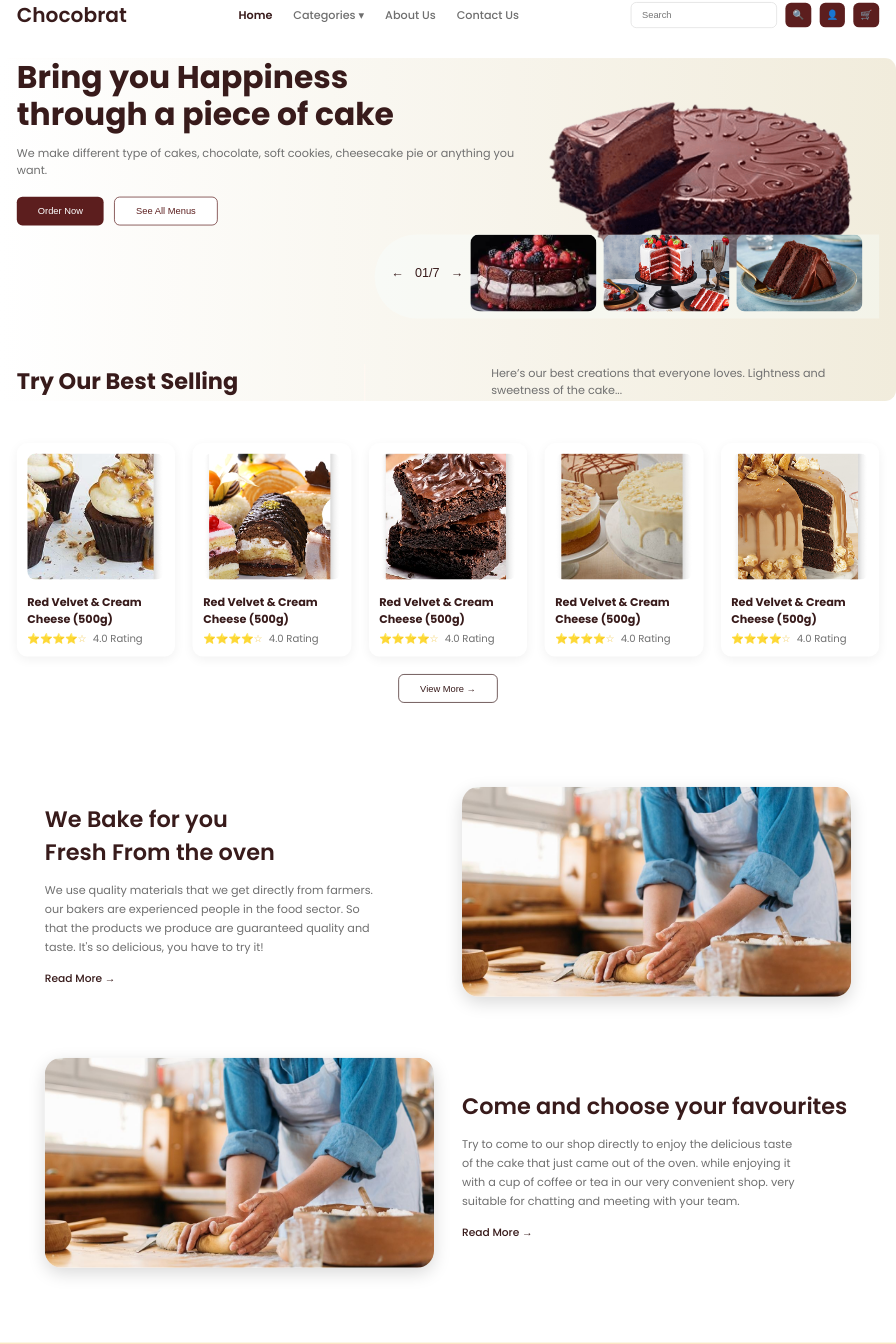
Repository: josegabrielzevallos/chocobrat-bakery-website
Page: index.html
The author's editor kept a copy of each file at every save. The page is drawn from the files as they stood at one save, then again after the next save.
The browser window is 1280 px wide. The pictures show the part of the page from y = 0 to 1920 px (the page is 3087 px tall), at 70% of full size.

Above is the page before, as saved 2025-11-20 19:09:12.

### index.html
<!DOCTYPE html>
<html lang="en">
<head>
    <meta charset="UTF-8" />
    <meta name="viewport" content="width=device-width, initial-scale=1.0" />
    <title>Chocobrat Bakery</title>

    <link href="https://fonts.googleapis.com/css2?family=Poppins:wght@300;400;500;600;700&family=Playfair+Display:wght@400;600;700;800;900&display=swap" rel="stylesheet">

    <link rel="stylesheet" href="styles.css" />
</head>
<body>

    <!-- NAVBAR -->
    <header>
        <nav class="navbar container">
            <h1 class="logo">Chocobrat</h1>

            <ul class="nav-links">
                <li><a class="active" href="#">Home</a></li>
                <li class="dropdown">
                    <a href="#">Categories ▾</a>
                </li>
                <li><a href="#">About Us</a></li>
                <li><a href="#">Contact Us</a></li>
            </ul>

            <div class="nav-actions">
                <input type="text" placeholder="Search" class="search-box" />
                <button class="icon-btn">🔍</button>
                 <button class="icon-btn">👤</button>
                <button class="icon-btn">🛒</button>

            </div>
        </nav>
    </header>

    <!-- HERO SECTION -->
    <section class="hero container">
        <div>
        <div class="hero-text">
            <div class="hero-img">
                <img src="./assets/images/b1-cake.png" alt="Cake">
            </div>
            <div class="carousel container">
                <div class="slider-controls">
                    <span class="arrow" id="prev">&larr;</span>
                    <span class="slide-text">01/7</span>
                    <span class="arrow" id="next">&rarr;</span>
                </div>
                <img src="assets/images/b2-cake.jpeg" class="thumb" />
                <img src="assets/images/b3-cake-red.png" class="thumb" />
                <img src="assets/images/b4-cake.jpg" class="thumb" />

            </div>
                <h2>Bring you Happiness <br> through a piece of cake</h2>
                <p>We make different type of cakes, chocolate, soft cookies, cheesecake pie or anything you want.</p>

                <div class="hero-buttons">
                    <button class="btn primary">Order Now</button>
                    <button class="btn secondary">See All Menus</button>
                </div>
            </div>


        </div>
        <div class="hero-ba" >
            <!-- CAROUSEL STATIC -->


            <div class="title-row">
                <h2>Try Our Best Selling</h2>
                <div class="divider"></div>
                <p>Here’s our best creations that everyone loves. Lightness and sweetness of the cake...</p>
            </div>
        </div>
    </section>



    <!-- BEST SELLING SECTION -->
    <section class="best-selling container">


        <div class="product-grid">

            <!-- CARD 1 -->
            <article class="card">
                <img src="assets/images/b5-cakes.png" alt="">
                <h3>Red Velvet & Cream Cheese (500g)</h3>
                <div class="rating">
                    ⭐⭐⭐⭐☆ <span>4.0 Rating</span>
                </div>
            </article>

            <!-- CARD 2 -->
            <article class="card">
                <img src="assets/images/b6-cakes.png" alt="">
                <h3>Red Velvet & Cream Cheese (500g)</h3>
                <div class="rating">
                    ⭐⭐⭐⭐☆ <span>4.0 Rating</span>
                </div>
            </article>

            <!-- CARD 3 -->
            <article class="card">
                <img src="assets/images/b7-cakes.png" alt="">
                <h3>Red Velvet & Cream Cheese (500g)</h3>
                <div class="rating">
                    ⭐⭐⭐⭐☆ <span>4.0 Rating</span>
                </div>
            </article>

            <!-- CARD 4 -->
            <article class="card">
                <img src="assets/images/b8-cakes.png" alt="">
                <h3>Red Velvet & Cream Cheese (500g)</h3>
                <div class="rating">
                    ⭐⭐⭐⭐☆ <span>4.0 Rating</span>
                </div>
            </article>
              <!-- CARD 5 -->
            <article class="card">
                <img src="assets/images/b9-cakes.png" alt="">
                <h3>Red Velvet & Cream Cheese (500g)</h3>
                <div class="rating">
                    ⭐⭐⭐⭐☆ <span>4.0 Rating</span>
                </div>
            </article>
        </div>

        <center>
            <button class="btn view-more">View More →</button>
        </center>
    </section>

        <!-- STORY / ABOUT BAKERY SECTION -->
    <section class="story container">
        <article class="story-card">

            <div class="story-text">
                <h2>We Bake for you<br>Fresh From the oven</h2>
                <p>
                    We use quality materials that we get directly from farmers.
                    <br>our bakers are experienced people in the food sector. So
                    <br>that the products we produce are guaranteed quality and
                    <br>taste. It's so delicious, you have to try it!
                </p>
                <a href="#" class="story-link">Read More →</a>
            </div>
            <div class="story-img">
                <img src="./assets/images/b9-women.jpeg" alt="Baker preparing pastry">
            </div>

        </article>


        <article class="story-card">

            <div class="story-img">
                <img src="./assets/images/b9-women.jpeg" alt="Baker rolling dough">
            </div>

            <div class="story-text">
                <h2>Come and choose your favourites</h2>
                <p>
                    Try to come to our shop directly to enjoy the delicious taste
                    <br>of the cake that just came out of the oven. while enjoying it
                    <br>with a cup of coffee or tea in our very convenient shop. very
                    <br>suitable for chatting and meeting with your team.
                </p>
                <a href="#" class="story-link">Read More →</a>
            </div>

        </article>

    </section>

    <!-- CAKE ORDER BANNER -->
    <section class="order-banner">
        <div class="order-banner-inner">
            <h2>For Cake Orders above 1 KG</h2>
            <p>
                Please visit our nearest store or call us on +91 00 00 00 00 00 (10 AM to 7 PM)
            <br>
                to place your orders.
            </p>
            <button class="btn primary order-btn">Contact Us Now</button>
        </div>
    </section>

    <!-- QUOTES SECTION -->
    <section class="quotes-section">
        <div class="container quotes-inner">
            <span class="quotes-label">QUOTES</span>

            <p class="quote-text">
                the eggless cakes here are really good. Had ordered a kit kat cake which was
                really good. Surely worth a try.
            </p>

            <div class="quote-author">
                <div class="quote-avatar">
                    <img src="./assets/images/b10-man.jpeg" alt="Darren Dunlap">
                </div>
                <h3>Darren Dunlap</h3>
                <p class="quote-role">CEO &amp; Founder at Flex.co</p>

                <div class="quote-dots">
                    <span class="quote-dot"></span>
                    <span class="quote-dot active"></span>
                    <span class="quote-dot"></span>
                </div>
            </div>
        </div>
    </section>
    <!-- FOOTER -->
    <footer class="site-footer">
        <div class="footer-top container">
            <div class="footer-logo">Chocobrat</div>

            <ul class="footer-nav">
                <li><a href="#">Home</a></li>
                <li><a href="#">Categories</a></li>
                <li><a href="#">About Us</a></li>
                <li><a href="#">Contact Us</a></li>
                <li><a href="#">Careers</a></li>
                <li><a href="#">Help</a></li>
                <li><a href="#">Privacy</a></li>
            </ul>
        </div>

        <hr class="footer-divider">

        <div class="footer-bottom container">
            <p class="footer-copy">© 2021 Chocobrat. All rights reserved.</p>

            <div class="footer-social">
                <a href="#"><img src="./assets/icons/ic-facebook.png"  alt="Facebook"></a>
                <a href="#"><img src="./assets/icons/ic-twitter.png"   alt="Twitter"></a>
                <a href="#"><img src="./assets/icons/ic-instagram.png" alt="Instagram"></a>
                <a href="#"><img src="./assets/icons/ic-github.png"    alt="GitHub"></a>
                <a href="#"><img src="./assets/icons/ic-linkedin.png"  alt="LinkedIn"></a>
            </div>
        </div>
    </footer>
</body>
</html>

### styles.css
/* ===== RESET ===== */
* {
    margin: 0;
    padding: 0;
    box-sizing: border-box;
}

body {
    font-family: "Poppins", sans-serif;
    background-color: #ffffff;
    background-color: #FFF;
    color: #381B1B;
}

.container {
    max-width: 1478px;
    margin: 0 auto;        /* centra TODAS las secciones */
    padding: 0 24px;        /* padding uniforme sin empujar a la izquierda */
}


/* ===== NAVBAR ===== */
header {
    background: #FFF;
    padding: 0px 0;
}

.navbar {
    display: flex;
    align-items: center;
    justify-content: space-between;
}

.logo {
    font-size: 1.8rem;
    font-weight: 600;
}

.nav-links {
    display: flex;
    list-style: none;
    gap: 30px;
}

.nav-links a {
    text-decoration: none;
    color: #6F6F6F;
    font-weight: 500;
}

.nav-links .active {
    color: #381B1B;
    font-weight: 600;
}

.nav-actions {
    display: flex;
    align-items: center;
    gap: 12px;
}

.search-box {
    padding: 10px 15px;
    border-radius: 8px;
    border: 1px solid #ddd;
}

.icon-btn {
    background: #5C1E1E;
    color: #fff;
    padding: 10px;
    border-radius: 8px;
    border: none;
}

/* ===== HERO ===== */
.hero {
    /* display: flex; */
    display: block;
    align-items: center;
    justify-content: space-between;
    background: linear-gradient(to right, white, #f1ecdc);

    margin-top: 40px;
    background-color: #FFF8F2;
    border-radius: 16px;
}

.hero-text {
    max-width: 100%;
}
.hero-back{
    /* float: right; */
    margin-top: 200px;
    margin-right: 50px;
}

.hero-text h2 {
    font-size: 2.8rem;
    line-height: 1.2;
    margin-bottom: 15px;
}

.hero-text p {
    font-size: 1rem;
    color: #6F6F6F;
    margin-bottom: 25px;
}

.hero-buttons {
    display: flex;
    gap: 15px;
}

.btn {
    padding: 12px 30px;
    font-weight: 500;
    border-radius: 8px;
    border: none;
    cursor: pointer;
}

.primary {
    background: #5C1E1E;
    color: white;
}

.secondary {
    background: white;
    border: 1px solid #5C1E1E;
    color: #5C1E1E;
}

.hero-img img {
    width: 480px;
    border-radius: 12px;
    float: right;
}

/* ===== CAROUSEL ===== */
.carousel {
    margin-top: -125px;
    display: flex;
    gap: 10px;
    clear: both;
    overflow-x: hidden;
    padding-bottom: 10px;
    float:right;
    background: #f6ffff59;
    border-top-left-radius: 64px;
    border-bottom-left-radius: 64px;

}

.slider-controls {
      display: flex;
      align-items: center;
      gap: 16px;           /* espacio entre flecha y texto */
      font-family: Arial, sans-serif;
      font-size: 18px;
    }

.divider {
  width: 1.5px;
  height: 53px; /* Ajusta el largo de la línea */
  background-color: #000000; /* Color suave como en tu imagen */
    background-color: #FFF8F2;
    border-radius: 16px;
}

.thumb {
    width: 180px;
    height: 110px;
    border-radius: 12px;
    object-fit: cover;
}

/* ===== BEST SELLING ===== */
.best-selling {
    margin-top: 60px;
}

.title-row {
    display: flex;
    justify-content: space-between;
    margin-bottom: 30px;
    clear: both;
    padding-top: 60px;
}

.title-row h2 {
    font-size: 2rem;
    color: #381B1B;
}

.title-row p {
    max-width: 45%;
    color: #6F6F6F;
}

/* ===== PRODUCT GRID ===== */
.product-grid {
    display: grid;
    grid-template-columns: repeat(5, 1fr);
    gap: 25px;
    margin-top: 30px;
}

.card {
    background: #fff;
    padding: 15px;
    border-radius: 15px;
    box-shadow: 0 4px 15px rgba(0,0,0,0.06);
}

.card img {
    width: 100%;
    height: 180px;
    border-radius: 12px;
    object-fit: cover;
}

.card h3 {
    margin: 12px 0 5px;
    font-size: 1rem;
}

.rating {
    color: #F2C94C;
    font-size: 0.9rem;
}

.rating span {
    color: #6F6F6F;
    margin-left: 5px;
}

.view-more {
    margin-top: 25px;
    background: white;
    border: 1px solid #381B1B;
    color: #381B1B;
}

/* ===== STORY / ABOUT BAKERY SECTION ===== */
.story {
    margin-top: 80px;
    display: flex;
    flex-direction: column;
    gap: 6  0px;
}

.story-card {
    display: flex;
    align-items: center;
    justify-content: space-between;   /* nuevo */
    gap: 40px;
    padding: 40px;
}

.story-card-reverse {
    flex-direction: row-reverse;
}

.story-text {
    flex: 1;        /* 50% del espacio */
}

.story-text h3 {
    font-size: 1rem;
    font-weight: 500;
    color: #A35A4A;
    margin-bottom: 4px;
}

.story-text h2 {
    font-size: 2rem;
    font-weight: 600;
    margin-bottom: 16px;
    color: #381B1B;
}

.story-text p {
    color: #6F6F6F;
    line-height: 1.7;
    margin-bottom: 18px;
}

.story-link {
    text-decoration: none;
    font-weight: 500;
    color: #381B1B;
    font-size: 0.95rem;
}

.story-img {
    flex: 1;        /* 50% del espacio */
}

.story-img img {
    width: 100%;
    height: 100%;
    max-height: 300px;     /* evita que se extienda demasiado */
    object-fit: cover;
    border-radius: 24px;
    box-shadow: 0 8px 25px rgba(0, 0, 0, 0.15);
}

/* ===== ORDER BANNER ===== */
.order-banner {
    background-color: #FBE8C4;   /* banda beige */
    padding: 60px 20px;
    margin-top: 60px;
    max-width: 1478px;   /* IGUAL que el container */
    margin-left: auto;
    margin-right: auto;
}

.order-banner-inner {
    max-width:  1478px;
    margin: 0 auto;
    text-align: center;
}

.order-banner h2 {
    font-size: 2rem;
    font-weight: 600;
    color: #5C1E1E;             /* marrón del botón/nav */
    margin-bottom: 16px;
}

.order-banner p {
    color: #0f0101;
    line-height: 1.6;
    margin-bottom: 24px;
}

.order-btn {
    /* ya hereda .btn y .primary, solo ajustamos un poco el tamaño */
    padding: 10px 28px;
    border-radius: 8px;
}

/* ===== QUOTES / TESTIMONIAL SECTION ===== */
.quotes-section {
    position: relative;
    padding: 80px 20px 100px;
    background-color: #FFFFFF;
    /* Dimensiones igual que el container */
    max-width: 1478px;
    margin-left: auto;
    margin-right: auto;

    /* cuadrícula punteada */
    background-image:
        repeating-linear-gradient(
            to right,
            rgba(0,0,0,0.08) 0px,
            rgba(0,0,0,0.08) 1px,
            transparent 1px,
            transparent 70px
        ),
        repeating-linear-gradient(
            to bottom,
            rgba(0,0,0,0.08) 0px,
            rgba(0,0,0,0.08) 1px,
            transparent 1px,
            transparent 70px
        );

    background-size: 19.5px 19.5px;
}

.quotes-inner {
    text-align: center;
}

.quotes-label {
    display: inline-block;
    padding: 6px 14px;
    font-size: 0.75rem;
    letter-spacing: 0.08em;
    text-transform: uppercase;
    border-radius: 999px;
    background-color: #FBE8C4;
    color: #5C1E1E;
    font-weight: 500;
}

/* COMILLAS GRANDES DE FONDO */
.quote-text {
    position: relative;
    max-width: 780px;
    margin: 30px auto 40px;
    font-size: 1.8rem;
    line-height: 1.5;
    font-weight: 600;
    color: #381B1B;
    z-index: 2;
}

.quote-text::before,
.quote-text::after {
    font-family: 'Playfair Display', serif;
    position: absolute;
    font-size: 150px;
    font-weight: 950;
    pointer-events: none;
    z-index: 0;

    /* degradado real */
    background: linear-gradient(
        to bottom,
        #e7cda4 0%,
        #eacfa3 45%,
        rgba(255,255,255,0.8) 80%,
        rgba(255,255,255,1) 100%
    );
    -webkit-background-clip: text;
    color: transparent;

    opacity: 0.9;  /* alta para que se note la panza blanca */
}


.quote-text::before {
    content: "“";
    left: -40px;
    top: -75px;
}

.quote-text::after {
    content: "”";
    right: -55px;
    bottom: -75px;
}


.quote-author {
    display: flex;
    flex-direction: column;
    align-items: center;
    gap: 6px;
}

.quote-avatar img {
    width: 80px;
    height: 80px;
    border-radius: 50%;
    object-fit: cover;
    /*box-shadow: 0 8px 25px rgba(0, 0, 0, 0.15);*/
}

.quote-author h3 {
    margin-top: 10px;
    font-size: 1rem;
    font-weight: 600;
    color: #381B1B;
}

.quote-role {
    font-size: 0.85rem;
    color: #6F6F6F;
}

/* tres puntitos inferiores */
.quote-dots {
    margin-top: 14px;
    display: flex;
    gap: 8px;
    justify-content: center;
}

.quote-dot {
    width: 8px;
    height: 8px;
    border-radius: 50%;
    background-color: #D8C1A0;
}

.quote-dot.active {
    width: 8px;
    height: 8px;
    background-color: #5C1E1E;
}

/* OVAL TRANSPARENTE EN EL CENTRO DE LA SECCION */
.quotes-section {
    position: relative;
    padding: 120px 0 140px;

    /* cuadrícula que ya tenés */
    background-color: #FFFFFF;
    background-image:
        repeating-linear-gradient(
            to right,
            rgba(0,0,0,0.08) 0px,
            rgba(0,0,0,0.08) 1px,
            transparent 1px,
            transparent 42px
        ),
        repeating-linear-gradient(
            to bottom,
            rgba(0,0,0,0.08) 0px,
            rgba(0,0,0,0.08) 1px,
            transparent 1px,
            transparent 42px
        );
    background-size: 42px 42px;
}

/* Circulo con interior transparente */
.quotes-section::before {
    content: "";
    position: absolute;
    inset: 0;

    background: white;

    /* zona central recortada (transparente) */
    mask-image: radial-gradient(
        ellipse 95% 85% at center,   /* ancho y alto equilibrados */
        transparent 62%,             /* zona visible moderada */
        black 63%
    );

    -webkit-mask-image: radial-gradient(
        ellipse 65% 65% at center,
        transparent 62%,
        black 63%
    );

    pointer-events: none;
    z-index: 2; /* Cubre todo excepto el centro */
}

/* El contenido debe quedar encima del recorte */
.quotes-inner {
    position: relative;
    z-index: 3;
}



/* ===== FOOTER ===== */
.site-footer {
    background-color: #FBE8C4;
    font-family: "Poppins", sans-serif; /* misma fuente de la maqueta */
    color: #5C1E1E;
    margin-top: 60px;
    padding: 24px 0 40px;
    font-size: 0.85rem;
    /* Dimensiones igual que el container */
    max-width: 1478px;
    margin-left: auto;
    margin-right: auto;
}

.footer-top {
    display: flex;
    align-items: center;
    justify-content: space-between;
    padding-bottom: 12px;
}

.footer-logo {
    font-size: 1.25rem;
    font-weight: 600;
    letter-spacing: 0.12em;   /* efecto similar al de la imagen */
}

.footer-nav {
    list-style: none;
    display: flex;
    gap: 32px;
}

.footer-nav a {
    text-decoration: none;
    color: #5C1E1E;
    font-weight: 500;
    font-size: 0.9rem;
}

.footer-nav a:hover {
    opacity: 0.8;
}

.footer-divider {
    border: 0;
    border-top: 1px solid rgba(0,0,0,0.06);
    margin: 0;
}

.footer-bottom {
    display: flex;
    align-items: center;
    justify-content: space-between;
    padding-top: 16px;
}

.footer-copy {
    color: #5C1E1E;
}

.footer-social {
    display: flex;
    align-items: center;
    gap: 18px;
}

.footer-social img {
    width: 18px;
    height: 18px;
    display: block;
}

/* Footer responsive */
@media (max-width: 768px) {
    .footer-top,
    .footer-bottom {
        flex-direction: column;
        gap: 12px;
        text-align: center;
    }

    .footer-nav {
        flex-wrap: wrap;
        justify-content: center;
    }
}

After the next save:
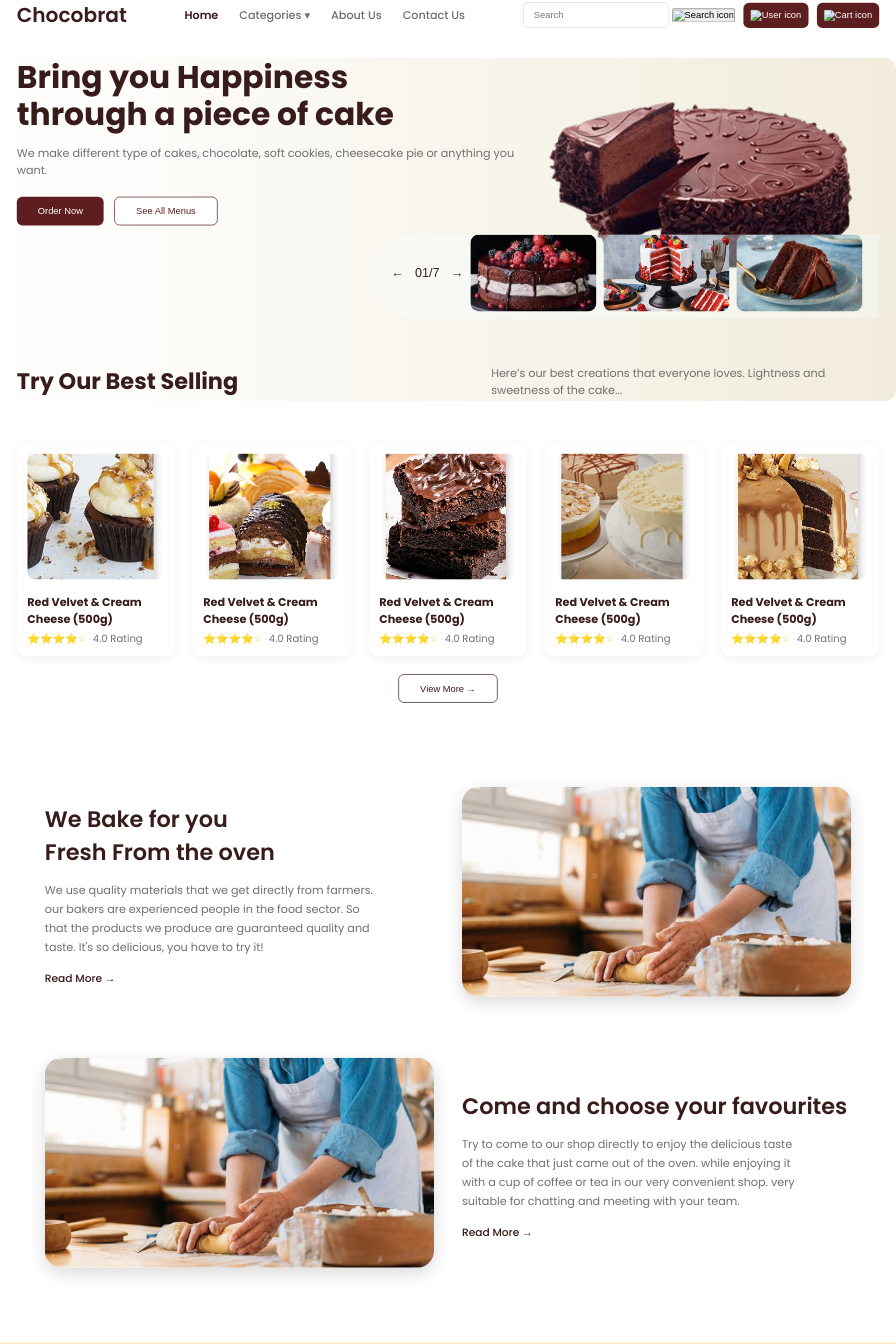
Not found: asset/icons/ic-cart1.png
Not found: asset/icons/ic-search.png
Not found: asset/icons/ic-user.png
Saved 35 min 59 s later.
--- a/index.html
+++ b/index.html
@@ -13,27 +13,45 @@
 
     <!-- NAVBAR -->
     <header>
-        <nav class="navbar container">
-            <h1 class="logo">Chocobrat</h1>
-
-            <ul class="nav-links">
-                <li><a class="active" href="#">Home</a></li>
-                <li class="dropdown">
-                    <a href="#">Categories ▾</a>
-                </li>
-                <li><a href="#">About Us</a></li>
-                <li><a href="#">Contact Us</a></li>
-            </ul>
-
-            <div class="nav-actions">
-                <input type="text" placeholder="Search" class="search-box" />
-                <button class="icon-btn">🔍</button>
-                 <button class="icon-btn">👤</button>
-                <button class="icon-btn">🛒</button>
-
-            </div>
-        </nav>
-    </header>
+  <div class="container">
+    <nav class="navbar" aria-label="Primary navigation">
+      <!-- Logo -->
+      <div class="logo">Chocobrat</div>
+
+      <!-- Nav links -->
+      <ul class="nav-links">
+        <li><a href="#" class="active">Home</a></li>
+        <li><a href="#">Categories ▾</a></li>
+        <li><a href="#">About Us</a></li>
+        <li><a href="#">Contact Us</a></li>
+      </ul>
+
+      <!-- Search + icons -->
+      <div class="nav-actions">
+        <div class="search-wrapper">
+          <input
+            type="text"
+            class="search-box"
+            placeholder="Search"
+            aria-label="Search"
+          />
+          <button class="search-btn" aria-label="Search">
+            <img src="./asset/icons/ic-search.png" alt="Search icon" />
+          </button>
+        </div>
+
+        <button class="icon-btn" aria-label="User account">
+          <img src="./asset/icons/ic-user.png" alt="User icon" />
+        </button>
+
+        <button class="icon-btn" aria-label="Shopping cart">
+          <img src="./asset/icons/ic-cart1.png" alt="Cart icon" />
+        </button>
+      </div>
+    </nav>
+  </div>
+</header>
+
 
     <!-- HERO SECTION -->
     <section class="hero container">
